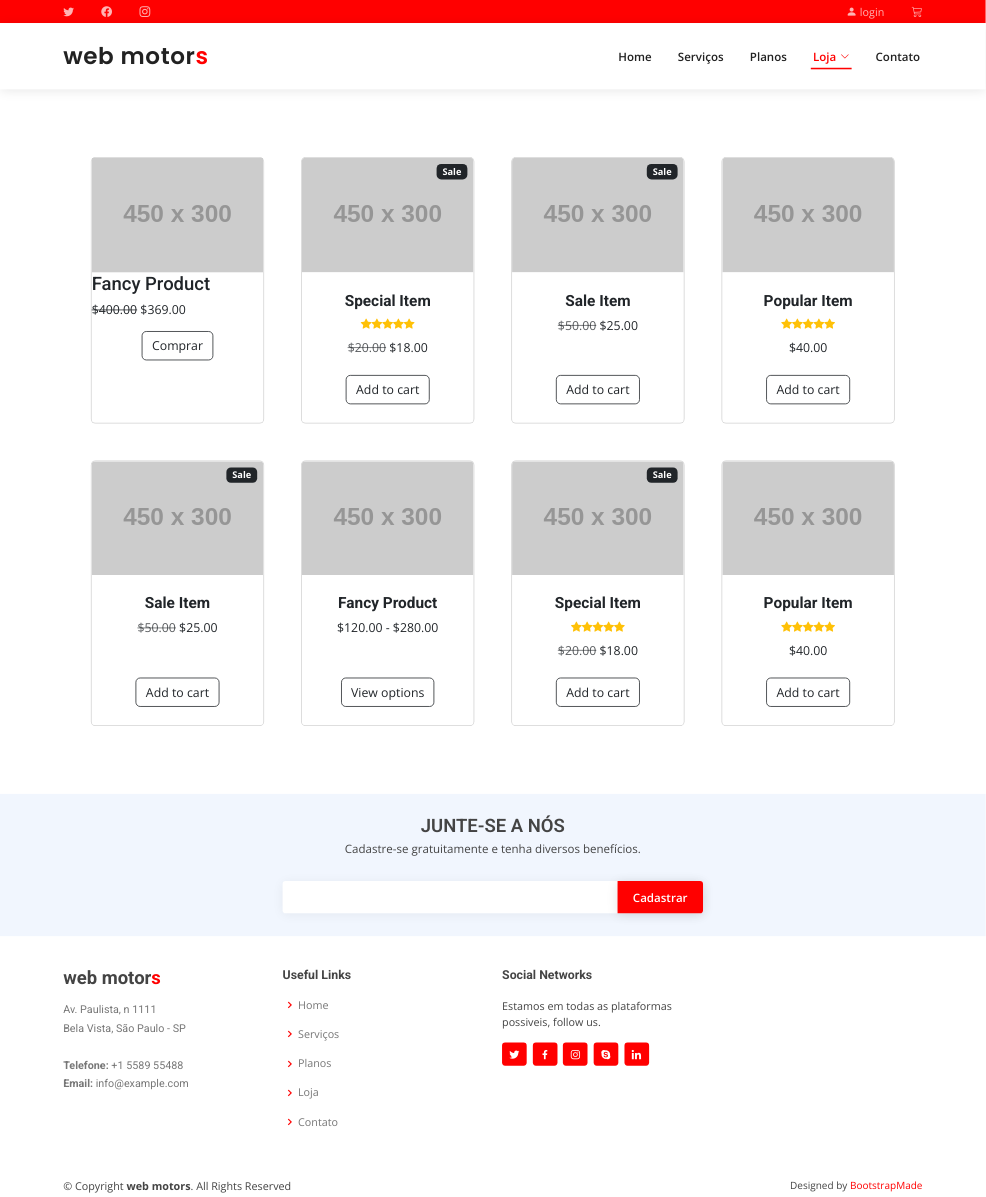
Repository: 01nethy/WebMotors
Page: produtos.html
The author's editor kept a copy of each file at every save. The page is drawn from the files as they stood at one save, then again after the next save.
The browser window is 1280 px wide. The pictures show the whole page, at 77% of full size.

Above is the page before, as saved 2023-12-08 14:50:29.

### produtos.html
<!DOCTYPE html>
<html lang="pt-BR">

<head>
  <meta charset="utf-8">
  <meta content="width=device-width, initial-scale=1.0" name="viewport">

  <title>Produtos Automotivos - Web Motors</title>
  <meta content="" name="description">
  <meta content="" name="keywords">

  <!-- Favicons -->
  <link href="assets/img/favicon.png" rel="icon">
  <link href="assets/img/apple-touch-icon.png" rel="apple-touch-icon">

  <!-- Google Fonts -->
  <link
    href="https://fonts.googleapis.com/css?family=Open+Sans:300,300i,400,400i,600,600i,700,700i|Roboto:300,300i,400,400i,500,500i,600,600i,700,700i|Poppins:300,300i,400,400i,500,500i,600,600i,700,700i"
    rel="stylesheet">

  <!-- Vendor CSS Files -->
  <link href="assets/vendor/aos/aos.css" rel="stylesheet">
  <link href="assets/vendor/bootstrap/css/bootstrap.min.css" rel="stylesheet">
  <link href="assets/vendor/bootstrap-icons/bootstrap-icons.css" rel="stylesheet">
  <link href="assets/vendor/boxicons/css/boxicons.min.css" rel="stylesheet">
  <link href="assets/vendor/glightbox/css/glightbox.min.css" rel="stylesheet">
  <link href="assets/vendor/swiper/swiper-bundle.min.css" rel="stylesheet">

  <!-- Template Main CSS File -->
  <link href="assets/css/style.css" rel="stylesheet">

  <!-- =======================================================
  * Template Name: BizLand
  * Updated: Jul 27 2023 with Bootstrap v5.3.1
  * Template URL: https://bootstrapmade.com/bizland-bootstrap-business-template/
  * Author: BootstrapMade.com
  * License: https://bootstrapmade.com/license/
  ======================================================== -->
</head>

<body>
 <!-- ======= Top Bar ======= -->
 <section id="topbar" class="d-flex align-items-center">
  <div id="topajust" class="container d-flex">
    <div class="social-links col-6 ">
      <a href="#" class="twitter m-0"><i class="bi bi-twitter"></i></a>
      <a href="#" class="facebook"><i class="bi bi-facebook"></i></a>
      <a href="#" class="instagram"><i class="bi bi-instagram"></i></a>
      <!-- <a href="#" class="linkedin"><i class="bi bi-linkedin"></i></i></a> -->
    </div>
    <div class="social-links col-6 text-end">
      <a href="login.html"><i class="bi bi-person-fill"></i> login </a>
      <a href="cart.html"> <i class="bi bi-cart3"></i></a>
    </div>
  </div>
</section>

  <!-- ======= Header nav ======= -->
  <header id="header" class="d-flex">
    <div class="container d-flex align-items-center justify-content-between"">
      <h1 class=" logo"><a href="index.html">web motor<span>s</span></a></h1>
      <nav id="navbar" class="nav navbar justify-content-end">
        <ul>
          <li><a class="nav-link scrollto" href="index.html">Home</a></li>
          <!-- <li><a class="nav-link scrollto" href="#about">Mecanica</a></li>-->
          <li><a class="nav-link scrollto" href="index.html #services">Serviços</a></li>
          <!-- <li><a class="nav-link scrollto " href="#portfolio">Aditivo</a></li>-->
          <li><a class="nav-link scrollto" href="index.html #pricing">Planos</a></li>
          <li class="dropdown"><a class="active" href="produtos.html"><span>Loja</span> <i class="bi bi-chevron-down"></i></a>
            <ul>
              <li><a href="#">Aditivos</a></li>
              <!-- <li class="dropdown"><a href="#"><span>Deep Drop Down</span> <i class="bi bi-chevron-right"></i></a>
                <ul>
                  <li><a href="#">Deep Drop Down 1</a></li>
                  <li><a href="#">Deep Drop Down 2</a></li>
                  <li><a href="#">Deep Drop Down 3</a></li>
                  <li><a href="#">Deep Drop Down 4</a></li>
                  <li><a href="#">Deep Drop Down 5</a></li>
                </ul>
              </li> -->
              <li><a href="#">Borracha</a></li>
              <li><a href="#">Pneus</a></li>
            </ul>
          </li>
          <li><a class="nav-link scrollto" href="index.html #contact">Contato</a></li>
        </ul>
        <i class="bi bi-list mobile-nav-toggle"></i>
      </nav><!-- .navbar -->
    </div>
  </header>

  <main id="main" data-aos="fade-up">
    <section class="inner-page">
      <div class="container px-4 px-lg-5 mt-5">
        <div class="row gx-4 gx-lg-5 row-cols-2 row-cols-md-3 row-cols-xl-4 justify-content-center">
          <div class="col mb-5">
            <div class="card h-100">
              <img class="img-responsive img-fluid" src="https://dummyimage.com/450x300/dee2e6/6c757d.jpg"
                alt="...">
              <div class="thumb-content">
                <!-- Product name-->
                <h4 class="">Fancy Product</h4>
                <p class="item-price">
                  <strike>$400.00</strike> <span>$369.00</span>
                </p>
              </div>
              <div class="card-footer p-4 pt-0 border-top-0 bg-transparent">
                <div class="text-center"><a class="btn btn-outline-dark mt-auto" href="#">Comprar</a>
                </div>
              </div>
            </div>
          </div>
          <div class="col mb-5">
            <div class="card h-100">
              <!-- Sale badge-->
              <div class="badge bg-dark text-white position-absolute" style="top: 0.5rem; right: 0.5rem">Sale</div>
              <!-- Product image-->
              <img class="card-img-top" src="https://dummyimage.com/450x300/dee2e6/6c757d.jpg" alt="..." />
              <!-- Product details-->
              <div class="card-body p-4">
                <div class="text-center">
                  <!-- Product name-->
                  <h5 class="fw-bolder">Special Item</h5>
                  <!-- Product reviews-->
                  <div class="d-flex justify-content-center small text-warning mb-2">
                    <div class="bi-star-fill"></div>
                    <div class="bi-star-fill"></div>
                    <div class="bi-star-fill"></div>
                    <div class="bi-star-fill"></div>
                    <div class="bi-star-fill"></div>
                  </div>
                  <!-- Product price-->
                  <span class="text-muted text-decoration-line-through">$20.00</span>
                  $18.00
                </div>
              </div>
              <!-- Product actions-->
              <div class="card-footer p-4 pt-0 border-top-0 bg-transparent">
                <div class="text-center"><a class="btn btn-outline-dark mt-auto" href="#">Add to cart</a></div>
              </div>
            </div>
          </div>
          <div class="col mb-5">
            <div class="card h-100">
              <!-- Sale badge-->
              <div class="badge bg-dark text-white position-absolute" style="top: 0.5rem; right: 0.5rem">Sale</div>
              <!-- Product image-->
              <img class="card-img-top" src="https://dummyimage.com/450x300/dee2e6/6c757d.jpg" alt="..." />
              <!-- Product details-->
              <div class="card-body p-4">
                <div class="text-center">
                  <!-- Product name-->
                  <h5 class="fw-bolder">Sale Item</h5>
                  <!-- Product price-->
                  <span class="text-muted text-decoration-line-through">$50.00</span>
                  $25.00
                </div>
              </div>
              <!-- Product actions-->
              <div class="card-footer p-4 pt-0 border-top-0 bg-transparent">
                <div class="text-center"><a class="btn btn-outline-dark mt-auto" href="#">Add to cart</a></div>
              </div>
            </div>
          </div>
          <div class="col mb-5">
            <div class="card h-100">
              <!-- Product image-->
              <img class="card-img-top" src="https://dummyimage.com/450x300/dee2e6/6c757d.jpg" alt="..." />
              <!-- Product details-->
              <div class="card-body p-4">
                <div class="text-center">
                  <!-- Product name-->
                  <h5 class="fw-bolder">Popular Item</h5>
                  <!-- Product reviews-->
                  <div class="d-flex justify-content-center small text-warning mb-2">
                    <div class="bi-star-fill"></div>
                    <div class="bi-star-fill"></div>
                    <div class="bi-star-fill"></div>
                    <div class="bi-star-fill"></div>
                    <div class="bi-star-fill"></div>
                  </div>
                  <!-- Product price-->
                  $40.00
                </div>
              </div>
              <!-- Product actions-->
              <div class="card-footer p-4 pt-0 border-top-0 bg-transparent">
                <div class="text-center"><a class="btn btn-outline-dark mt-auto" href="#">Add to cart</a></div>
              </div>
            </div>
          </div>
          <div class="col mb-5">
            <div class="card h-100">
              <!-- Sale badge-->
              <div class="badge bg-dark text-white position-absolute" style="top: 0.5rem; right: 0.5rem">Sale</div>
              <!-- Product image-->
              <img class="card-img-top" src="https://dummyimage.com/450x300/dee2e6/6c757d.jpg" alt="..." />
              <!-- Product details-->
              <div class="card-body p-4">
                <div class="text-center">
                  <!-- Product name-->
                  <h5 class="fw-bolder">Sale Item</h5>
                  <!-- Product price-->
                  <span class="text-muted text-decoration-line-through">$50.00</span>
                  $25.00
                </div>
              </div>
              <!-- Product actions-->
              <div class="card-footer p-4 pt-0 border-top-0 bg-transparent">
                <div class="text-center"><a class="btn btn-outline-dark mt-auto" href="#">Add to cart</a></div>
              </div>
            </div>
          </div>
          <div class="col mb-5">
            <div class="card h-100">
              <!-- Product image-->
              <img class="card-img-top" src="https://dummyimage.com/450x300/dee2e6/6c757d.jpg" alt="..." />
              <!-- Product details-->
              <div class="card-body p-4">
                <div class="text-center">
                  <!-- Product name-->
                  <h5 class="fw-bolder">Fancy Product</h5>
                  <!-- Product price-->
                  $120.00 - $280.00
                </div>
              </div>
              <!-- Product actions-->
              <div class="card-footer p-4 pt-0 border-top-0 bg-transparent">
                <div class="text-center"><a class="btn btn-outline-dark mt-auto" href="#">View options</a></div>
              </div>
            </div>
          </div>
          <div class="col mb-5">
            <div class="card h-100">
              <!-- Sale badge-->
              <div class="badge bg-dark text-white position-absolute" style="top: 0.5rem; right: 0.5rem">Sale</div>
              <!-- Product image-->
              <img class="card-img-top" src="https://dummyimage.com/450x300/dee2e6/6c757d.jpg" alt="..." />
              <!-- Product details-->
              <div class="card-body p-4">
                <div class="text-center">
                  <!-- Product name-->
                  <h5 class="fw-bolder">Special Item</h5>
                  <!-- Product reviews-->
                  <div class="d-flex justify-content-center small text-warning mb-2">
                    <div class="bi-star-fill"></div>
                    <div class="bi-star-fill"></div>
                    <div class="bi-star-fill"></div>
                    <div class="bi-star-fill"></div>
                    <div class="bi-star-fill"></div>
                  </div>
                  <!-- Product price-->
                  <span class="text-muted text-decoration-line-through">$20.00</span>
                  $18.00
                </div>
              </div>
              <!-- Product actions-->
              <div class="card-footer p-4 pt-0 border-top-0 bg-transparent">
                <div class="text-center"><a class="btn btn-outline-dark mt-auto" href="#">Add to cart</a></div>
              </div>
            </div>
          </div>
          <div class="col mb-5">
            <div class="card h-100">
              <!-- Product image-->
              <img class="card-img-top" src="https://dummyimage.com/450x300/dee2e6/6c757d.jpg" alt="..." />
              <!-- Product details-->
              <div class="card-body p-4">
                <div class="text-center">
                  <!-- Product name-->
                  <h5 class="fw-bolder">Popular Item</h5>
                  <!-- Product reviews-->
                  <div class="d-flex justify-content-center small text-warning mb-2">
                    <div class="bi-star-fill"></div>
                    <div class="bi-star-fill"></div>
                    <div class="bi-star-fill"></div>
                    <div class="bi-star-fill"></div>
                    <div class="bi-star-fill"></div>
                  </div>
                  <!-- Product price-->
                  $40.00
                </div>
              </div>
              <!-- Product actions-->
              <div class="card-footer p-4 pt-0 border-top-0 bg-transparent">
                <div class="text-center"><a class="btn btn-outline-dark mt-auto" href="#">Add to cart</a></div>
              </div>
            </div>
          </div>
        </div>
      </div>
    </section>
  </main><!-- End #main -->

 <!-- ======= Footer ======= -->
 <footer id="footer">
  <div class="footer-newsletter">
    <div class="container">
      <div class="row justify-content-center">
        <div class="col-lg-6">
          <h4>JUNTE-SE A NÓS</h4>
          <p>Cadastre-se gratuitamente e tenha diversos benefícios.</p>
          <form action="" method="post">
            <input type="email" name="email"><input type="submit" value="Cadastrar">
          </form>
        </div>
      </div>
    </div>
  </div>
  <div class="footer-top">
    <div class="container">
      <div class="row">
        <div class="col-lg-3 col-md-6 footer-contact">
          <h3>web motor<span>s</span></h3>
          <p>
            Av. Paulista, n 1111 <br>
            Bela Vista, São Paulo - SP<br>
            <br>
            <strong>Telefone:</strong> +1 5589 55488<br>
            <strong>Email:</strong> info@example.com<br>
          </p>
        </div>
        <div class="col-lg-3 col-md-6 footer-links">
          <h4>Useful Links</h4>
          <ul>
            <li><i class="bx bx-chevron-right"></i> <a href="#">Home</a></li>
            <li><i class="bx bx-chevron-right"></i> <a href="#">Serviços</a></li>
            <li><i class="bx bx-chevron-right"></i> <a href="#">Planos</a></li>
            <li><i class="bx bx-chevron-right"></i> <a href="#">Loja</a></li>
            <li><i class="bx bx-chevron-right"></i> <a href="#">Contato</a></li>
          </ul>
        </div>
        <div class="col-lg-3 col-md-6 footer-links">
          <h4>Social Networks</h4>
          <p>Estamos em todas as plataformas possiveis,
            follow us.</p>
          <div class="social-links mt-3">
            <a href="#" class="twitter"><i class="bx bxl-twitter"></i></a>
            <a href="#" class="facebook"><i class="bx bxl-facebook"></i></a>
            <a href="#" class="instagram"><i class="bx bxl-instagram"></i></a>
            <a href="#" class="google-plus"><i class="bx bxl-skype"></i></a>
            <a href="#" class="linkedin"><i class="bx bxl-linkedin"></i></a>
          </div>
        </div>
      </div>
    </div>
  </div>
  <div class="container py-4">
    <div class="copyright">
      &copy; Copyright <strong><span>web motors</span></strong>. All Rights Reserved
    </div>
    <div class="credits">
      <!-- All the links in the footer should remain intact. -->
      <!-- You can delete the links only if you purchased the pro version. -->
      <!-- Licensing information: https://bootstrapmade.com/license/ -->
      <!-- Purchase the pro version with working PHP/AJAX contact form: https://bootstrapmade.com/web motors-bootstrap-business-template/ -->
      Designed by <a href="https://bootstrapmade.com/">BootstrapMade</a>
    </div>
  </div>
</footer>

  <div id="preloader"></div>
  <a href="#" class="back-to-top d-flex align-items-center justify-content-center"><i
      class="bi bi-arrow-up-short"></i></a>

  <!-- Vendor JS Files -->
  <script src="assets/vendor/purecounter/purecounter_vanilla.js"></script>
  <script src="assets/vendor/aos/aos.js"></script>
  <script src="assets/vendor/bootstrap/js/bootstrap.bundle.min.js"></script>
  <script src="assets/vendor/glightbox/js/glightbox.min.js"></script>
  <script src="assets/vendor/isotope-layout/isotope.pkgd.min.js"></script>
  <script src="assets/vendor/swiper/swiper-bundle.min.js"></script>
  <script src="assets/vendor/waypoints/noframework.waypoints.js"></script>
  <script src="assets/vendor/php-email-form/validate.js"></script>

  <!-- Template Main JS File -->
  <script src="assets/js/main.js"></script>
</body>
</html>

Loaded but not shown: assets/vendor/aos/aos.css (library); assets/vendor/bootstrap/css/bootstrap.min.css (library); assets/vendor/bootstrap-icons/bootstrap-icons.css (library); assets/vendor/boxicons/css/boxicons.min.css (library); assets/vendor/glightbox/css/glightbox.min.css (library); assets/vendor/swiper/swiper-bundle.min.css (library); assets/vendor/purecounter/purecounter_vanilla.js (library); assets/vendor/aos/aos.js (library); assets/vendor/bootstrap/js/bootstrap.bundle.min.js (library); assets/vendor/glightbox/js/glightbox.min.js (library); assets/vendor/isotope-layout/isotope.pkgd.min.js (library); assets/vendor/swiper/swiper-bundle.min.js (library); assets/vendor/waypoints/noframework.waypoints.js (library); assets/vendor/php-email-form/validate.js (common file); assets/js/main.js (289 lines, source omitted); assets/css/style.css (2218 lines, source omitted)

After the next save:
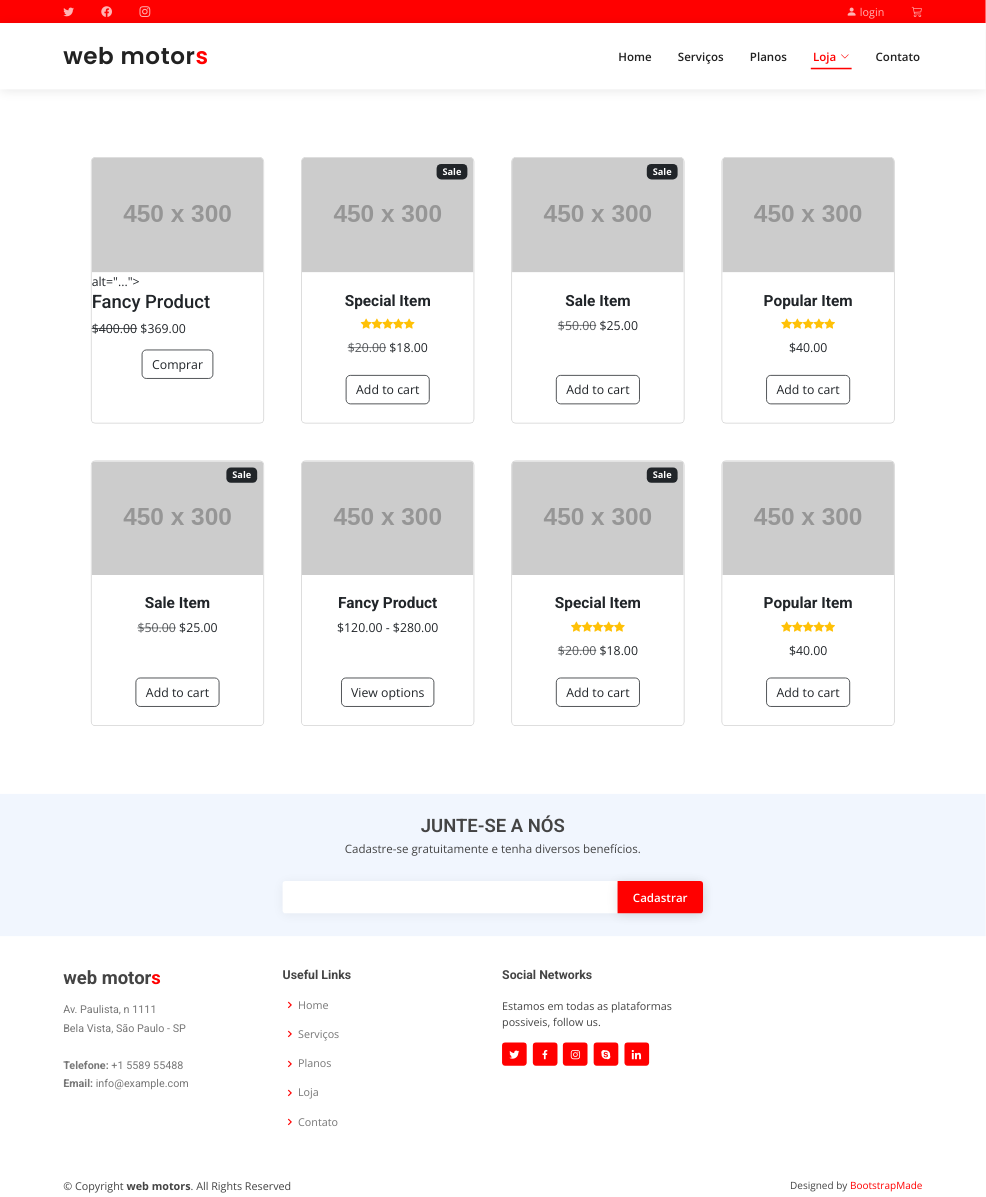
Saved 28 s later.
--- a/produtos.html
+++ b/produtos.html
@@ -95,7 +95,7 @@
         <div class="row gx-4 gx-lg-5 row-cols-2 row-cols-md-3 row-cols-xl-4 justify-content-center">
           <div class="col mb-5">
             <div class="card h-100">
-              <img class="img-responsive img-fluid" src="https://dummyimage.com/450x300/dee2e6/6c757d.jpg"
+              <img class="card-img-top" src="https://dummyimage.com/450x300/dee2e6/6c757d.jpg" alt="..." />
                 alt="...">
               <div class="thumb-content">
                 <!-- Product name-->

After the save that followed:
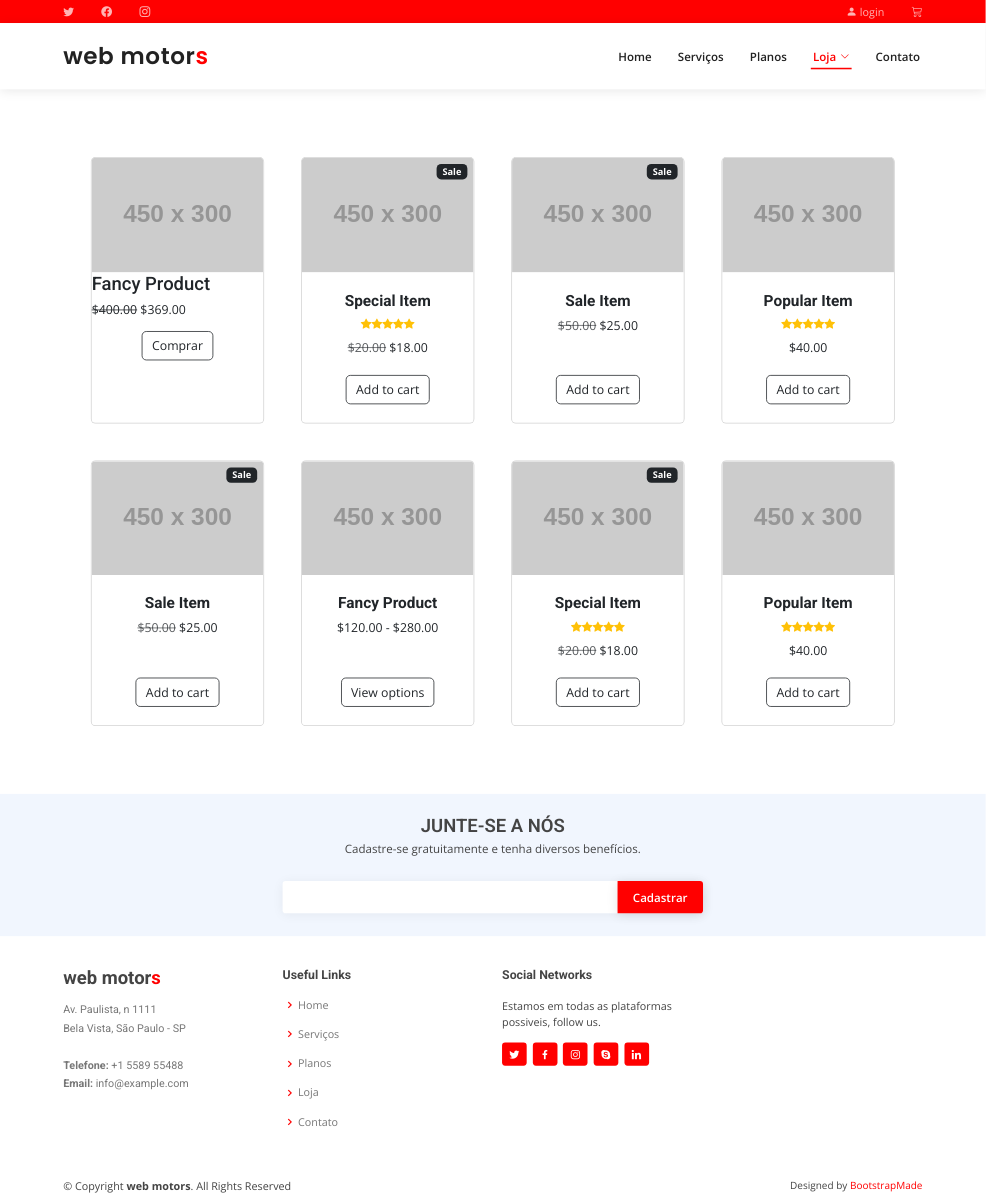
Saved 15 s later.
--- a/produtos.html
+++ b/produtos.html
@@ -96,7 +96,7 @@
           <div class="col mb-5">
             <div class="card h-100">
               <img class="card-img-top" src="https://dummyimage.com/450x300/dee2e6/6c757d.jpg" alt="..." />
-                alt="...">
+
               <div class="thumb-content">
                 <!-- Product name-->
                 <h4 class="">Fancy Product</h4>
